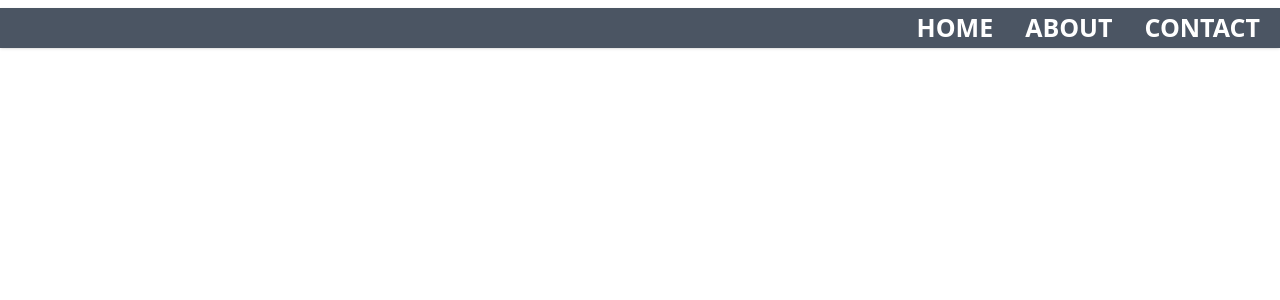
Repository: singhaayush5/CollegeCompanion-Hackathon-IIIT-RANCHI-
Page: / (app in client/)
The author's editor kept a copy of each file at every save. The page is drawn from the files as they stood at one save, then again after the next save.
The browser window is 1280 px wide. The pictures show the whole page.
The project was rebuilt for these pictures with package versions that can differ from the ones it lists, and the page was loaded fresh each time. Also part of the build but not shown: client/vite.config.js, client/src/App.css, client/src/Component/Card.jsx, client/src/Component/JobPortal/JobPortal.jsx, client/src/Component/GradeTracker/GradePortal.jsx.

Above is the page before, as saved 2023-04-15 23:16:50.

### client/src/App.jsx
import { useState } from "react";
import reactLogo from "./assets/react.svg";
import viteLogo from "/vite.svg";
import "./App.css";
import Job from "./Component/JobPortal/JobPortal";
import Navbar from "./Component/Navbar";
import GradePortal from "./Component/GradeTracker/GradePortal";

import {
  createBrowserRouter,
  createRoutesFromElements,
  RouterProvider,
  Route,
} from "react-router-dom";

function App() {
  const router = createBrowserRouter(
    createRoutesFromElements(
      <Route path="/" element={<Navbar />}>
        <Route path="job" element={<Job />}></Route>
        <Route path="grade" element={<GradePortal />}></Route>
      </Route>
    )
  );
  return <RouterProvider router={router} />;
}

export default App;

### client/src/Component/Navbar.jsx
import React from "react";
// import TrackLogo from "../images/TrackLogo.png";
function navbar() {
  return (
    <nav className="p-1 bg-gray-600 h-10 shadow md:flex md:items-center md:justify-between fixed top-2 w-full">
      <div className="flex justify-between items-center ">
        <span className=" cursor-pointer"></span>

        <span className="text-3xl cursor-pointer mx-2 md:hidden block">
          <ion-icon name="menu" onclick="Menu(this)"></ion-icon>
        </span>
      </div>
      <ul className="md:flex md:items-center z-[-1] md:z-auto md:static absolute w-full left-0 md:w-auto md:py-0 py-4 md:pl-0 pl-7 md:opacity-100 opacity-0 top-[-400px] transition-all ease-in duration-500">
        <li className="mx-4 my-6 md:my-0">
          <a
            href="/#"
            style={{
              fontSize: "25px",
            }}
            className="text-xl hover:text-cyan-500 text-extrabold duration-500 font-extrabold text-white"
          >
            HOME
          </a>
        </li>
        <li className="mx-4 my-6 md:my-0">
          <a
            href="/#"
            style={{
              fontSize: "25px",
            }}
            className="text-xl hover:text-cyan-500 duration-500  font-extrabold text-white"
          >
            ABOUT
          </a>
        </li>
        <li className="mx-4 my-6 md:my-0">
          <a
            href="/#"
            style={{
              fontSize: "25px",
            }}
            className="text-xl hover:text-cyan-500 duration-500 font-extrabold text-white"
          >
            CONTACT
          </a>
        </li>
      </ul>
    </nav>
  );
}

export default navbar;

Loaded but not shown: client/index.html (common file); client/src/main.jsx (common file); client/src/index.css (common file); client/tailwind.config.js (common file)

After the next save:
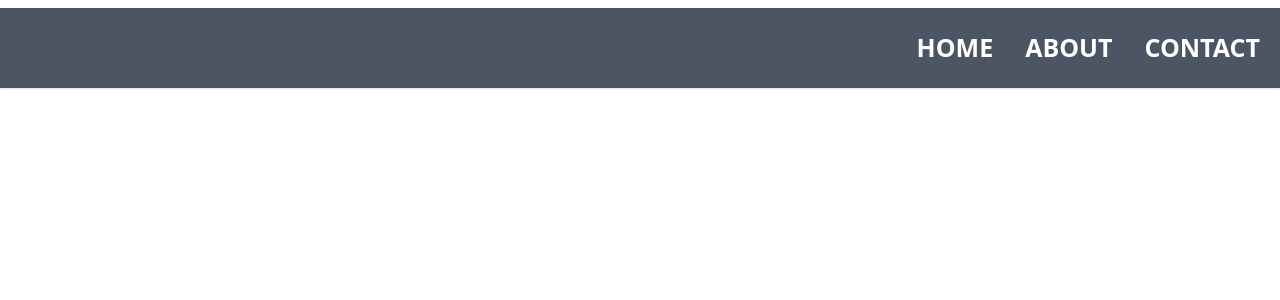
Saved 5 s later.
--- a/client/src/Component/Navbar.jsx
+++ b/client/src/Component/Navbar.jsx
@@ -2,7 +2,7 @@ import React from "react";
 // import TrackLogo from "../images/TrackLogo.png";
 function navbar() {
   return (
-    <nav className="p-1 bg-gray-600 h-10 shadow md:flex md:items-center md:justify-between fixed top-2 w-full">
+    <nav className="p-1 bg-gray-600 h-20 shadow md:flex md:items-center md:justify-between fixed top-2 w-full">
       <div className="flex justify-between items-center ">
         <span className=" cursor-pointer"></span>
 
